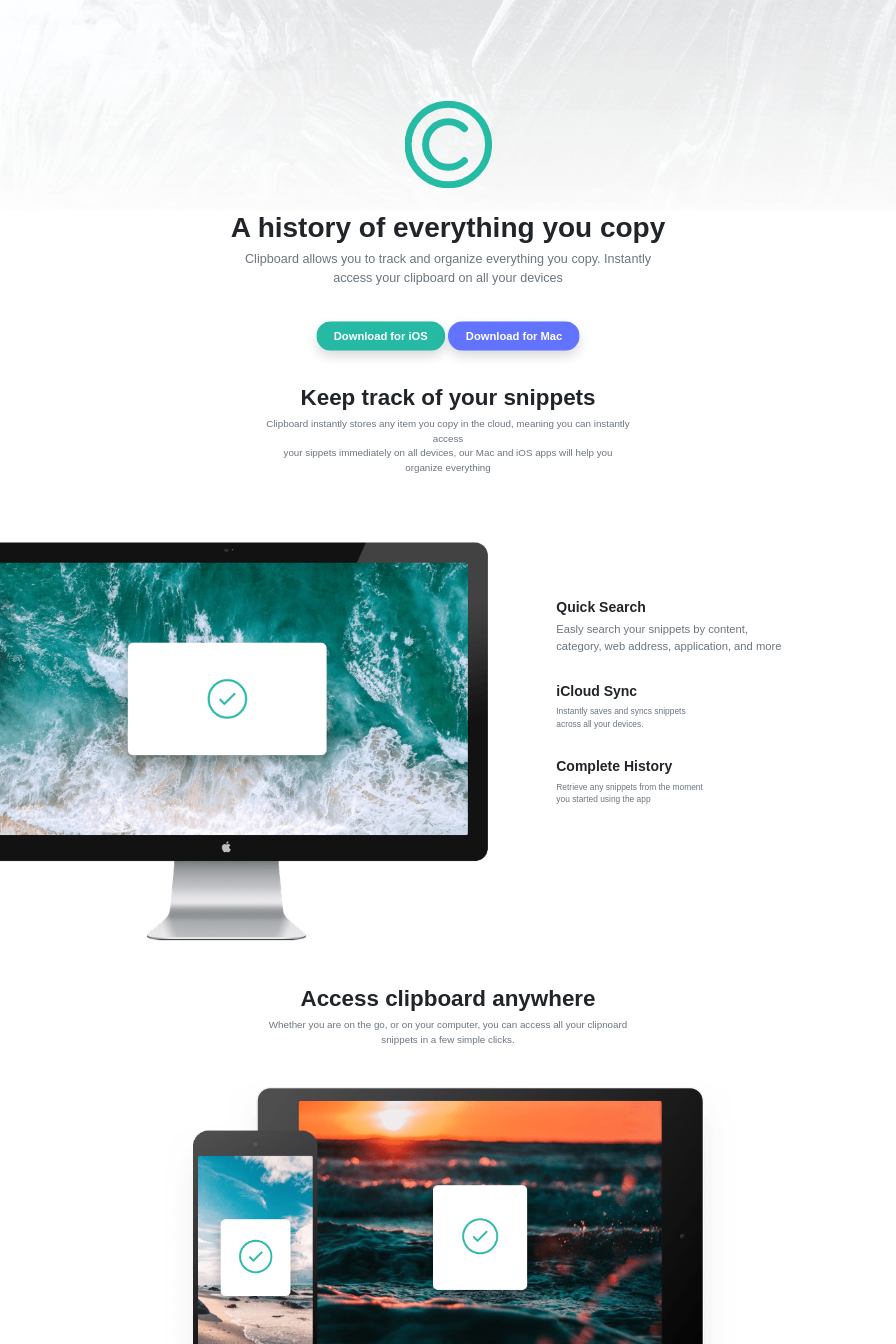
Repository: Kenkeluke/Clipboard-landing-page
Page: index.html
An editor plug-in stored every save of this project. The page is shown before and after the next save, followed by the edit.
The browser window is 1280 px wide. The pictures show the part of the page from y = 0 to 1920 px (the page is 3015 px tall), at 70% of full size.
Some web fonts or font styles are not loaded; a fallback is used.

Above is the page before, as saved 2022-09-03 23:28:38.

### index.html
<!DOCTYPE html>

<html>
  <head>
    <meta charset="utf-8">
    <meta http-equiv="X-UA-Compatible" content="IE=edge">
    <title> Clipboard landing page</title>
    <meta name="description" content="">
    <meta name="viewport" content="width=device-width, initial-scale=1">
    <link href="https://cdn.jsdelivr.net/npm/bootstrap@5.0.2/dist/css/bootstrap.min.css" rel="stylesheet" integrity="sha384-EVSTQN3/azprG1Anm3QDgpJLIm9Nao0Yz1ztcQTwFspd3yD65VohhpuuCOmLASjC" crossorigin="anonymous">
    <link rel="stylesheet" href="styles.css">
  </head>
  <body>

<section id="hero" class="container-fluid d-flex justify-content-center align-items-center pt-5 ">
  <figure class=" pt-5 pb-3 mt-5 mb-3">
    <img src="./images/logo.svg" alt="" class="img-fluid" >
  </figure>
</section>

<section  id="second" class="d-flex flex-column justify-content-center align-items-center mb-5">
  <h1 class="fw-bolder col-md-6 text-center"> A history of everything you copy </h1>

  <p class="text-muted col-md-6 text-center mb-5 paragraph">
    Clipboard allows you to track and organize everything you copy. Instantly<br> access your clipboard on all your devices
  </p>

  <div class="button-group">
    <button type="button" class="btn rounded-pill shadow cyan text-white py-2 px-4 fw-bolder">Download for iOS</button>
    <button type="button" class="btn rounded-pill shadow blue text-white py-2 px-4 fw-bolder fs-6">Download for Mac</button>
  </div>
</section>

<section id="third" class="d-flex flex-column justify-content-center align-items-center my-5">
  <h2 class="fw-bolder col-md-6 text-center"> Keep track of your snippets </h2>

  <p class="text-muted col-md-5 text-center mb-5 small-paragraph">
    Clipboard instantly stores any item you copy in the cloud, meaning you can instantly access<br>
  your sippets immediately on all devices, our Mac and iOS apps will help you <br> organize everything  </p>

</section>


<section id="fourth" class="d-flex flex-md-row flex-column my-5">

  <figure class="col-md-7">
    <img src="./images/image-computer.png" alt="mac monitor" srcset=""
    class="img-fluid image-cut">
  </figure>

  <article class="col-md-5 col d-flex flex-column justify-content-md-start justify-content-center mt-5 ps-md-5 pt-3">
    <div class="first-article justify-content-md-start text-md-start text-center pt-3">
      <h5 class="fw-bolder"> Quick Search</h5>

      <p class="text-muted col text-">
       Easly search your snippets by content, <br>

      category, web address, application, and more </p>
    </div>

    <div class="first-article justify-content-md-start text-start pt-4">
      <h5 class="fw-bolder"> iCloud Sync</h5>

      <p class="text-muted tiny-paragraph">
       Instantly saves and syncs snippets<br>

      across all your devices. </p>
    </div>

    <div class="first-article justify-content-md-start text-start pt-4">
      <h5 class="fw-bolder"> Complete History</h5>

      <p class="text-muted tiny-paragraph">
       Retrieve any snippets from the moment <br>

      you started using the app</p>
    </div>

  </article>

</section>

<section id="fifth" class="d-flex flex-column justify-content-center align-items-center my-5">
  <h2 class="fw-bolder col text-center"> Access clipboard anywhere </h2>

  <p class="text-muted col text-center mb-5 small-paragraph">
    Whether you are on the go, or on your computer, you can access all your clipnoard<br>
  snippets in a few simple clicks.</p>


  <figure class="col ms-5 ps-5">
    <img src="./images/image-devices.png" alt="tablet and mobile device" srcset=""
    class="img-fluid" width="90%">
  </figure>



  <h2 class="fw-bolder col text-center"> Supercharge your workflow</h2>

  <p class="text-muted col text-center mb-5 small-paragraph">
    We've got the tools to boost your productively </p>

</section>



 <section id="features" class="d-flex flex-column flex-md-row justify-content-center mb-5 ">
  <div class="d-flex flex-column col-md-3 justify-content-center ">
    <figure class="text-center">
      <img src="./images/icon-blacklist.svg" alt="Grey scroll" srcset=""
      class="img-fluid text-center" width="10%">
    </figure>

    <h6 class="fw-bolder text-center"> Create blacklists</h6>

    <p class="text-muted  text-center mb-5 small-paragraph">
      Ensure sensitive information never makes its <br>
      way to your clipboard by excluding certain <br>
     </p>
</div>


  <div class="d-flex flex-column col-md-3 justify-content-center ">
    <figure class="text-center">
      <img src="./images/icon-text.svg" alt="texts" srcset=""
      class="img-fluid text-center" width="10%">
    </figure>

    <h6 class="fw-bolder text-center">Plain text snippets</h6>

    <p class="text-muted  text-center mb-5 small-paragraph">
      remove unwanted formatting from copied texts<br>
      for a consistent look.
     </p>
</div>

<div class="d-flex flex-column col-md-3 justify-content-center ">
  <figure class="text-center">
    <img src="./images/icon-preview.svg" alt="eyes preview" srcset=""
    class="img-fluid text-center" width="10%">
  </figure>

  <h6 class="fw-bolder text-center">Sneak preview</h6>

  <p class="text-muted  text-center mb-5 small-paragraph">
    Quick preview of all snippets on your clipboard<br>
    for easy access
   </p>

</div>

 </section>


<section id="Reviews" class="container d-flex flex-column flex-md-row justify-content-center mb-5 pb-5 ">
  <figure class="text-center col-md-2 text-center">
    <img src="./images/logo-google.png" alt="Google logo" srcset=""
    class="img-fluid text-center" width="50%">
  </figure>

  <figure class="text-center col-md-2 text-center mt-md-0 mt-5 ">
    <img src="./images/logo-IBM.png" alt="IBM logo" srcset=""
    class="img-fluid text-center" width="50%">
  </figure>


  <figure class="text-center col-md-2 text-center mt-md-0 mt-5">
    <img src="./images/logo-microsoft.png" alt="microsoft logo" srcset=""
    class="img-fluid text-center" width="50%">
  </figure>

  <figure class="text-center col-md-2 text-center mt-md-0 mt-5">
    <img src="./images/logo-hp.png" alt="HP logo" srcset=""
    class="img-fluid text-center" width="50%">
  </figure>

  <figure class="text-center col-md-2 mt-md-0 mt-5">
    <img src="./images/logo-vector-graphics.png" alt="Vector-graphics logo" srcset=""
    class="img-fluid text-bottom" width="50%">
  </figure>


</section>


<section  id="CTA" class="container d-flex flex-column justify-content-center align-items-center my-5 pb-5 px-5">
  <h3 class="fw-bolder col-md-6 text-center">Clipboard for iOS and Mac OS </h3>

  <p class="text-muted col-md-6 text-center mb-4 small-paragraph">
    Available for free on the App Store. Download for Mac or iOS, sync with iCloud<br> and
    you are ready to start adding to your clipboard.
  </p>

  <div class="button-group d-flex flex-md-row flex-column justify-content-around">
    <button type="button" class="btn rounded-pill shadow cyan text-white py-2 px-4 fw-bolder">Download for iOS</button>
    <button type="button" class="btn rounded-pill shadow blue text-white py-2 px-4 fw-bolder fs-6 ms-md-3 mt-3 mt-md-1">Download for Mac</button>
  </div>
</section>

<footer id="footer" class=" d-flex flex-md-row flex-column align-items-center pt-5 pb-4 justify-content-center">
<figure class="d-flex justify-content-end col-md-1 col-3">
  <img src="./images/logo.svg" alt="clipboard-logo" srcset=""  class="w-75 ps-2 ps-md-1">
</figure>

<section class="middle-class d-flex flex-md-row flex-column justify-content-center  justify-content-md-start col-md-6 pt-2">
  <ul class="one d-flex flex-column  text-center text-md-start">
    <a href="#" class="none small-paragraph text-muted" aria-current="true">
     FAQs
    </a>
    <a href="#" class="none small-paragraph text-muted pt-3">Contact Us</a>

  </ul>
  <ul class="two d-flex flex-column ms-md-5 text-center text-md-start">
    <a href="#" class="none small-paragraph text-muted">Privacy policy</a>
    <a href="#" class="none small-paragraph text-muted pt-3">Press kit</a>
  </ul>

  <ul class="three d-flex flex-column ms-md-5 text-center text-md-start">
    <a href="#" class="none small-paragraph text-muted">Install guide</a>
    </ul>
 </section>

 <div class="social d-flex justify-content-between justify-content-md-center col-4">
  <a href="#" class="ms-4">
    <img src="./images/icon-facebook.svg" alt="facebook-logo" srcset="" class="img-fluid" >
  </a>

  <a href="#" class="ms-4">
    <img src="./images/icon-twitter.svg" alt="twitter-logo" srcset="" class="img-fluid" >
</a>

  <a href="#" class="ms-4">
    <img src="./images/icon-instagram.svg" alt="instagram-logo" srcset="" class="img-fluid">
  </a>
 </div>
</footer>


  <script src="https://cdn.jsdelivr.net/npm/@popperjs/core@2.9.2/dist/umd/popper.min.js" integrity="sha384-IQsoLXl5PILFhosVNubq5LC7Qb9DXgDA9i+tQ8Zj3iwWAwPtgFTxbJ8NT4GN1R8p" crossorigin="anonymous"></script>
  <script src="https://cdn.jsdelivr.net/npm/bootstrap@5.0.2/dist/js/bootstrap.min.js" integrity="sha384-cVKIPhGWiC2Al4u+LWgxfKTRIcfu0JTxR+EQDz/bgldoEyl4H0zUF0QKbrJ0EcQF" crossorigin="anonymous"></script>
  </body>
</html>

### styles.css
@import url('https://fonts.googleapis.com/css2?family=Bai+Jamjuree:ital,wght@0,200;0,300;0,400;0,500;0,600;1,300&display=swap');

body{
    font-family: 'Bai Jamjuree', sans-serif;
    background-color:  hsl(0, 0%, 100%);
    ;
}

#hero{
    background-image: url(./images/bg-header-desktop.png);
}

.paragraph{
    font-size: 18px;
}

.cyan{
background-color: hsl(171, 66%, 44%);
}

.blue{
    background-color: hsl(233, 100%, 69%);
}


.small-paragraph{
    font-size: 14px;
}
.tiny-paragraph{
    font-size: 12px;
}

.image-cut{
    margin-left: -50px
}

footer{
    background-color: hsla(210, 15%, 92%, 0.574);
}

.none{
    list-style: none;
    text-decoration: none;
}

After the next save:
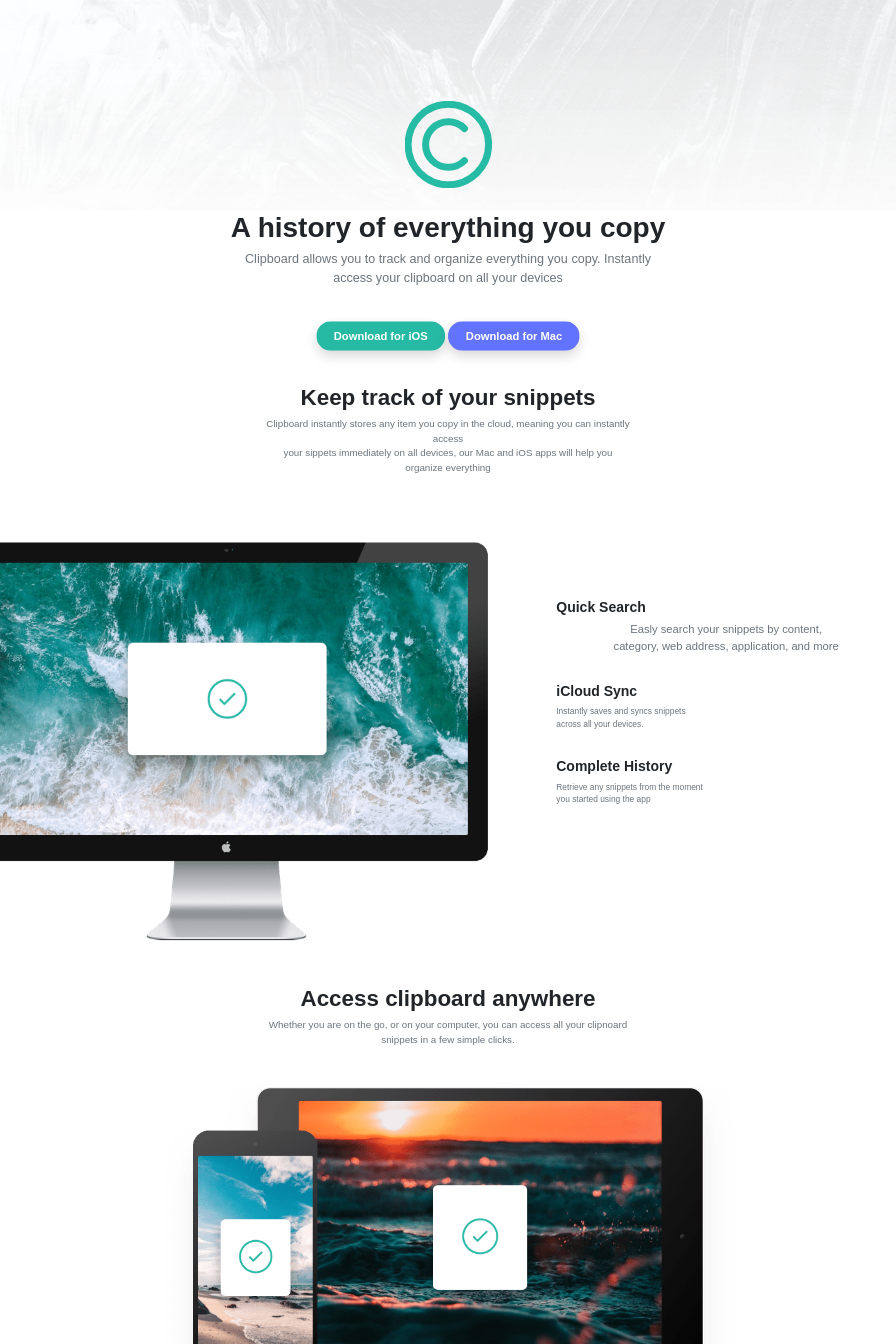
Saved 4 s later.
--- a/index.html
+++ b/index.html
@@ -52,7 +52,7 @@
     <div class="first-article justify-content-md-start text-md-start text-center pt-3">
       <h5 class="fw-bolder"> Quick Search</h5>
 
-      <p class="text-muted col text-">
+      <p class="text-muted col text-center">
        Easly search your snippets by content, <br>
 
       category, web address, application, and more </p>
